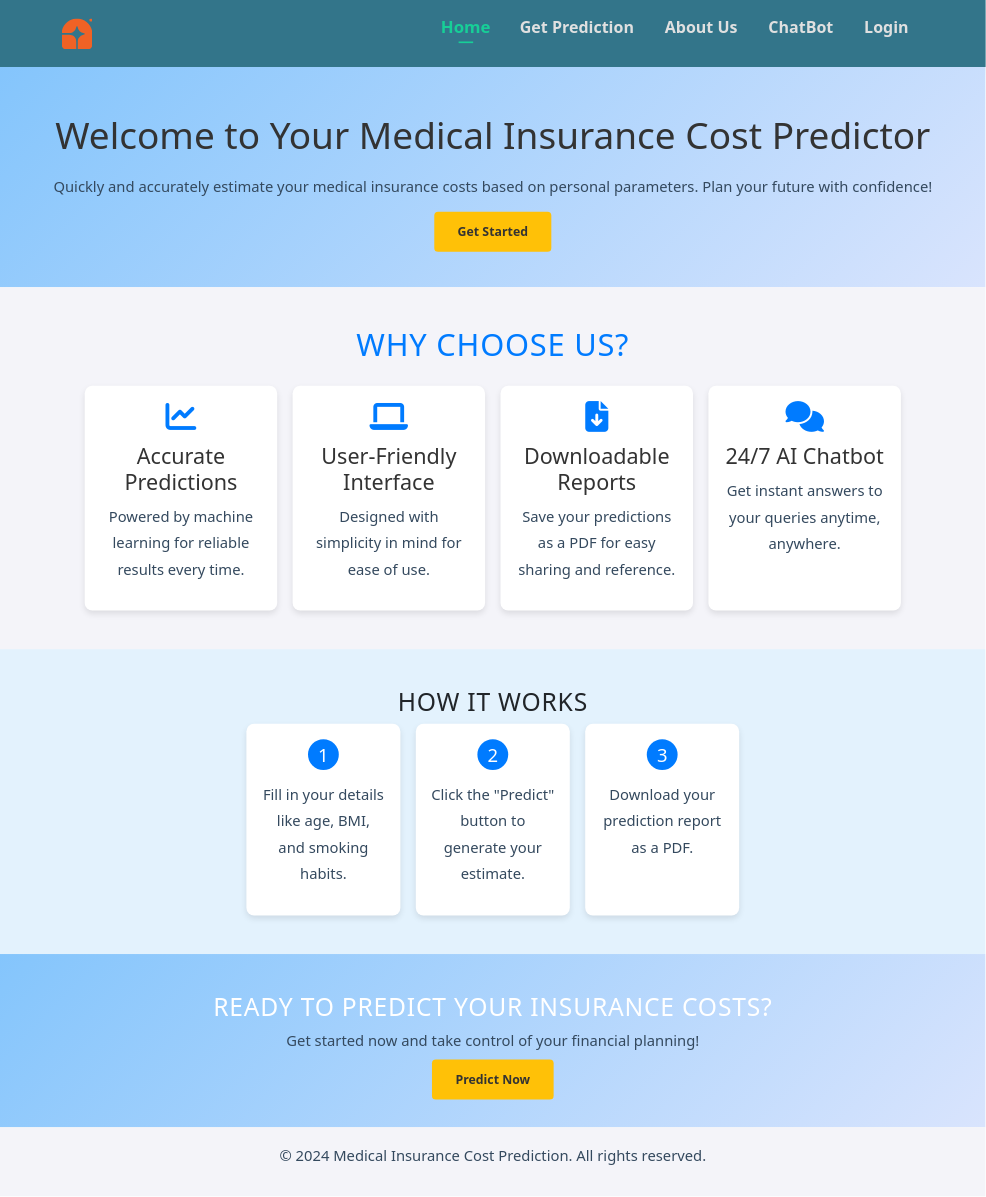
Repository: aabhashbasnet/MedicalInsuranceCostPredictionSystem
Page: / (app in frontend/)
The author's editor kept a copy of each file at every save. The page is drawn from the files as they stood at one save, then again after the next save.
The browser window is 1280 px wide. The pictures show the whole page, at 77% of full size.
The project was rebuilt for these pictures with package versions that can differ from the ones it lists, and the page was loaded fresh each time. Also part of the build but not shown: frontend/src/pages/GetPrediction.css, frontend/src/pages/GetPrediction.js, frontend/src/pages/AboutUs.js, frontend/src/pages/Login.js, frontend/src/pages/Signup.js, frontend/src/pages/DetailsPage.css, frontend/src/pages/DetailsPage.js, frontend/src/pages/ChatBot.js and 1 more.

Above is the page before, as saved 2025-01-23 15:52:55.

### frontend/public/index.html
<!DOCTYPE html>
<html lang="en">
  <head>
    <meta charset="utf-8" />
    <link rel="icon" href="%PUBLIC_URL%/favicon.ico" />
    <meta name="viewport" content="width=device-width, initial-scale=1" />
    <meta name="theme-color" content="#000000" />
    <meta
      name="description"
      content="Web site created using create-react-app"
    />
    <link rel="apple-touch-icon" href="%PUBLIC_URL%/logo192.png" />
    <!--
      manifest.json provides metadata used when your web app is installed on a
      user's mobile device or desktop. See https://developers.google.com/web/fundamentals/web-app-manifest/
    -->
    <link rel="manifest" href="%PUBLIC_URL%/manifest.json" />
    <!--
      Notice the use of %PUBLIC_URL% in the tags above.
      It will be replaced with the URL of the `public` folder during the build.
      Only files inside the `public` folder can be referenced from the HTML.

      Unlike "/favicon.ico" or "favicon.ico", "%PUBLIC_URL%/favicon.ico" will
      work correctly both with client-side routing and a non-root public URL.
      Learn how to configure a non-root public URL by running `npm run build`.
    -->
    <title>React App</title>
    <link
      rel="stylesheet"
      href="https://cdnjs.cloudflare.com/ajax/libs/font-awesome/6.7.1/css/all.min.css"
      integrity="sha512-5Hs3dF2AEPkpNAR7UiOHba+lRSJNeM2ECkwxUIxC1Q/FLycGTbNapWXB4tP889k5T5Ju8fs4b1P5z/iB4nMfSQ=="
      crossorigin="anonymous"
      referrerpolicy="no-referrer"
    />
  </head>
  <body>
    <noscript>You need to enable JavaScript to run this app.</noscript>
    <div id="root"></div>
    <!--
      This HTML file is a template.
      If you open it directly in the browser, you will see an empty page.

      You can add webfonts, meta tags, or analytics to this file.
      The build step will place the bundled scripts into the <body> tag.

      To begin the development, run `npm start` or `yarn start`.
      To create a production bundle, use `npm run build` or `yarn build`.
    -->
  </body>
</html>

### frontend/src/index.css
*{
  margin: 0;
  padding: 0;
  box-sizing: border-box;
}
body {
  font-family: -apple-system, BlinkMacSystemFont, 'Segoe UI', 'Roboto', 'Oxygen',
    'Ubuntu', 'Cantarell', 'Fira Sans', 'Droid Sans', 'Helvetica Neue',
    sans-serif;
  -webkit-font-smoothing: antialiased;
  -moz-osx-font-smoothing: grayscale;
}

code {
  font-family: source-code-pro, Menlo, Monaco, Consolas, 'Courier New',
    monospace;
}

### frontend/src/App.js
import React from "react";
import { BrowserRouter as Router, Route, Routes } from "react-router-dom";
import Navbar from "./components/Navbar";
import Home from "./pages/Home";
import GetPrediction from "./pages/GetPrediction";
import AboutUs from "./pages/AboutUs";
import Login from "./pages/Login";
import Signup from "./pages/Signup";
import DetailsPage from "./pages/DetailsPage";
import Chatbot from "./pages/ChatBot"; // Import the chatbot page
import Dashboard from "./pages/dashboard"; // Import the Dashboard component

function App() {
  return (
    <Router>
      <Navbar />
      <Routes>
        <Route path="/" element={<Home />} />
        <Route path="/get-prediction" element={<GetPrediction />} />
        <Route path="/about-us" element={<AboutUs />} />
        <Route path="/login" element={<Login />} />
        <Route path="/signup" element={<Signup />} />
        <Route path="/chat-bot" element={<Chatbot />} />
        <Route path="/details" element={<DetailsPage />} />
        <Route path="/dashboard" element={<Dashboard />} /> {/* Route for Dashboard */}
      </Routes>
    </Router>
  );
}

export default App;

### frontend/src/components/Navbar.js
import { Component } from "react";
import { NavLink } from "react-router-dom";  // Ensure NavLink is imported correctly
import logo from './logo.svg';
import './NavbarStyles.css';

class Navbar extends Component {
    state = { clicked: false };

    handleClick = () => {
        this.setState({ clicked: !this.state.clicked });
    };

    render() {
        return (
            <>
                <nav>
                    {/* Use NavLink for the logo */}
                    <NavLink to="/" exact>
                        <img src={logo} alt="Logo" />
                    </NavLink>

                    <div>
                        <ul id="navbar" className={this.state.clicked ? "#navbar active" : "#navbar"}>
                            <li>
                                <NavLink
                                    exact
                                    to="/"
                                    activeClassName="active"
                                    className="nav-link"
                                >
                                    Home
                                </NavLink>
                            </li>
                            <li>
                                <NavLink
                                    to="/get-prediction"
                                    activeClassName="active"
                                    className="nav-link"
                                >
                                    Get Prediction
                                </NavLink>
                            </li>
                            <li>
                                <NavLink
                                    to="/about-us"
                                    activeClassName="active"
                                    className="nav-link"
                                >
                                    About Us
                                </NavLink>
                            </li>
                            <li>
                                <NavLink
                                    to="/chat-bot"
                                    activeClassName="active"
                                    className="nav-link"
                                >
                                    ChatBot
                                </NavLink>
                            </li>
                            <li>
                                <NavLink
                                    to="/login"
                                    activeClassName="active"
                                    className="nav-link"
                                >
                                    Login
                                </NavLink>
                            </li>
                        </ul>
                    </div>

                    <div id="mobile" onClick={this.handleClick}>
                        <i id="bar" className={this.state.clicked ? 'fas fa-times' : 'fas fa-bars'}></i>
                    </div>
                </nav>
            </>
        );
    }
}

export default Navbar;

### frontend/src/components/NavbarStyles.css
nav {
    display: flex;
    align-items: center;
    justify-content: space-between;
    background-color: #33758a; /* Soft blackish tone */
    padding: 20px 80px;
    box-shadow: 0px 5px 15px rgba(0, 0, 0, 0.1); /* Subtle shadow */
}

#navbar {
    display: flex;
    align-items: center;
    justify-content: center;
}

#navbar li {
    list-style: none;
    padding: 0 20px;
    position: relative;
}

#navbar li a {
    text-decoration: none;
    font-size: 1.3rem;
    font-weight: 600;
    color: #e0e0e0; /* Light gray text */
    transition: color 0.3s ease-in-out, transform 0.2s ease-in-out;
}

#navbar li a:hover,
#navbar li a.active {
    color: #17cf97; /* Vibrant green */
    transform: scale(1.05); /* Slight zoom on hover */
}

#navbar li a:hover::after,
#navbar li a.active::after {
    content: "";
    width: 30%;
    height: 2px;
    background-color: #17cf97; /* Vibrant green */
    position: absolute;
    bottom: -4px;
    left: 35%; /* Centered underline */
    transition: width 0.3s ease-in-out;
}

#mobile i {
    color: #e0e0e0; /* Light gray */
}

#mobile {
    display: none;
}

/* Responsive Navigation */
@media screen and (max-width: 769px) {
    #navbar {
        display: flex;
        flex-direction: column;
        align-items: flex-start;
        justify-content: flex-start;
        position: fixed;
        top: 84px;
        right: -300px;
        width: 300px;
        height: 100vh;
        background-color: #3a3a3a; /* Darker gray */
        box-shadow: 0 40px 60px rgba(0, 0, 0, 0.1); /* Subtle shadow */
        padding: 40px 10px 0 20px;
        transition: right 0.3s ease-in-out;
    }

    #navbar.active {
        right: 0px;
    }

    #navbar li {
        margin-bottom: 25px;
    }

    #mobile i {
        font-size: 24px;
        cursor: pointer;
    }

    #mobile {
        display: block;
    }
}

### frontend/src/pages/Home.css
/* HomeStyles.css */
body {
    margin: 0;
    font-family: 'Arial', sans-serif;
    color: #333;
}

.home-container {
    width: 100%;
    margin: 0 auto;
    overflow: hidden;
}

/* Hero Section */
.hero-section {
    background: linear-gradient(135deg, #84c5fc, #d9e4fd);
    color: white;
    padding: 60px 20px;
    text-align: center;
}

.hero-section h1 {
    font-size: 3rem;
    margin-bottom: 20px;
}

.hero-section p {
    font-size: 1.2rem;
    margin-bottom: 30px;
}

.btn-primary {
    background-color: #ffc107;
    color: #333;
    padding: 15px 30px;
    border-radius: 5px;
    text-decoration: none;
    font-weight: bold;
    transition: background-color 0.3s;
}

.btn-primary:hover {
    background-color: #ff9800;
}

/* Features Section */
.features-section {
    background-color: #f4f4f9;
    padding: 50px 20px;
    text-align: center;
}

.features-section h2 {
    margin-bottom: 30px;
    font-size: 2.5rem;
    color: #007bff;
}

.features-container {
    display: flex;
    flex-wrap: wrap;
    gap: 20px;
    justify-content: center;
}

.feature-card {
    background: white;
    border-radius: 10px;
    box-shadow: 0 4px 8px rgba(0, 0, 0, 0.1);
    padding: 20px;
    width: 250px;
    text-align: center;
}

.feature-icon {
    font-size: 2.5rem;
    color: #007bff;
    margin-bottom: 15px;
}

.feature-card h3 {
    margin-bottom: 10px;
    color: #333;
}

/* Steps Section */
.steps-section {
    padding: 50px 20px;
    text-align: center;
    background: #e3f2fd;
}

.steps-container {
    display: flex;
    justify-content: center;
    gap: 20px;
}

.step {
    background: white;
    border-radius: 10px;
    box-shadow: 0 4px 8px rgba(0, 0, 0, 0.1);
    padding: 20px;
    width: 200px;
}

.step-number {
    display: inline-block;
    width: 40px;
    height: 40px;
    line-height: 40px;
    background: #007bff;
    color: white;
    font-size: 1.5rem;
    border-radius: 50%;
    margin-bottom: 15px;
}

/* Call-to-Action */
.cta-section {
    background: linear-gradient(135deg, #84c5fc, #d9e4fd); /* Light blue gradient */
    color: white;
    text-align: center;
    padding: 50px 20px;
}

.cta-section p {
    margin-bottom: 20px;
}

.cta-section .btn-primary {
    background-color: #ffc107;
    color: #333;
}

/* Footer */
.home-footer {
    text-align: center;
    padding: 20px;
    background: #f4f4f9;
    color: #666;
    font-size: 0.9rem;
}

### frontend/src/pages/AboutUs.css
.about-us-container {
    padding: 60px 20px;
    background: linear-gradient(135deg, #f9f9f9, #e4efff); /* Light gradient background */
    display: flex;
    flex-direction: column;
    align-items: center;
    box-shadow: 0 5px 15px rgba(0, 0, 0, 0.1);
    border-radius: 15px;
}

.about-header {
    text-align: center;
    margin-bottom: 50px;
}

.about-header h1 {
    font-size: 3rem;
    font-weight: bold;
    color: #2c3e50;
    text-transform: uppercase;
    letter-spacing: 2px;
    margin-bottom: 20px;
}

.about-header p {
    font-size: 1.3rem;
    color: #7f8c8d;
    line-height: 1.8;
    max-width: 800px;
    margin: 0 auto;
}

.about-content {
    width: 80%;
    max-width: 1200px;
    margin: 0 auto;
}

.about-section,
.team-section,
.contact-section {
    margin-bottom: 50px;
}

h2 {
    font-size: 2.5rem;
    color: #2980b9; /* Accent blue */
    margin-bottom: 20px;
    text-transform: uppercase;
    font-weight: 600;
    letter-spacing: 1px;
}

p {
    font-size: 1.2rem;
    color: #34495e;
    line-height: 1.8;
    margin-bottom: 30px;
}

.team-members {
    display: flex;
    justify-content: space-between;
    gap: 30px;
    flex-wrap: wrap;
}

.team-member {
    width: 30%;
    text-align: center;
    padding: 30px;
    background: #ffffff;
    border-radius: 15px;
    box-shadow: 0 10px 20px rgba(0, 0, 0, 0.1);
    transition: transform 0.3s ease, box-shadow 0.3s ease;
}

.team-member:hover {
    transform: translateY(-10px);
    box-shadow: 0 20px 30px rgba(0, 0, 0, 0.15);
}

.team-member img {
    width: 180px;
    height: 180px;
    border-radius: 50%;
    object-fit: cover;
    margin-bottom: 20px;
    border: 5px solid #2980b9; /* Accent border */
    transition: transform 0.3s ease;
}

.team-member img:hover {
    transform: scale(1.1);
}

.team-member h3 {
    font-size: 1.5rem;
    color: #2c3e50;
    font-weight: 600;
    margin-bottom: 10px;
}

.team-member p {
    font-size: 1.1rem;
    color: #7f8c8d;
}

.contact-section {
    background-color: #f1f1f1;
    padding: 40px;
    border-radius: 15px;
    box-shadow: 0 5px 10px rgba(0, 0, 0, 0.1);
}

.contact-section h3 {
    font-size: 2rem;
    color: #2980b9;
    margin-bottom: 20px;
}

.contact-section ul {
    list-style-type: none;
    padding: 0;
}

.contact-section li {
    font-size: 1.2rem;
    color: #34495e;
    margin-bottom: 15px;
}

@media (max-width: 768px) {
    .team-member {
        width: 100%;
        margin-bottom: 20px;
    }

    .about-header h1 {
        font-size: 2.5rem;
    }

    .about-content {
        width: 100%;
        padding: 0 20px;
    }

    .contact-section {
        padding: 30px;
    }
}

### frontend/src/pages/ChatBot.css
.chatbot-container {
    max-width: 600px;
    margin: 20px auto;
    padding: 20px;
    border: 2px solid #ccc;
    border-radius: 10px;
    background-color: #f9f9f9;
    box-shadow: 0 4px 8px rgba(0, 0, 0, 0.1);
    font-family: Arial, sans-serif;
}

h1 {
    text-align: center;
    color: #333;
}

.chatbox {
    display: flex;
    flex-direction: column;
    align-items: center;
}

.chat-input {
    width: 100%;
    height: 100px;
    margin-bottom: 10px;
    padding: 10px;
    border: 1px solid #ccc;
    border-radius: 5px;
    font-size: 16px;
    resize: none;
}

.send-button {
    padding: 10px 20px;
    background-color: #007bff;
    color: white;
    border: none;
    border-radius: 5px;
    font-size: 16px;
    cursor: pointer;
    transition: background-color 0.3s ease;
}

.send-button:hover {
    background-color: #0056b3;
}

.response-container {
    margin-top: 20px;
    padding: 10px;
    border: 1px solid #ccc;
    border-radius: 5px;
    background-color: #fff;
}

.error-text {
    color: red;
    font-weight: bold;
}

.chat-response {
    font-size: 16px;
    color: #333;
}

Loaded but not shown: frontend/src/index.js (common file); frontend/src/reportWebVitals.js (common file); frontend/src/pages/Home.js (84 lines, source omitted)

After the next save:
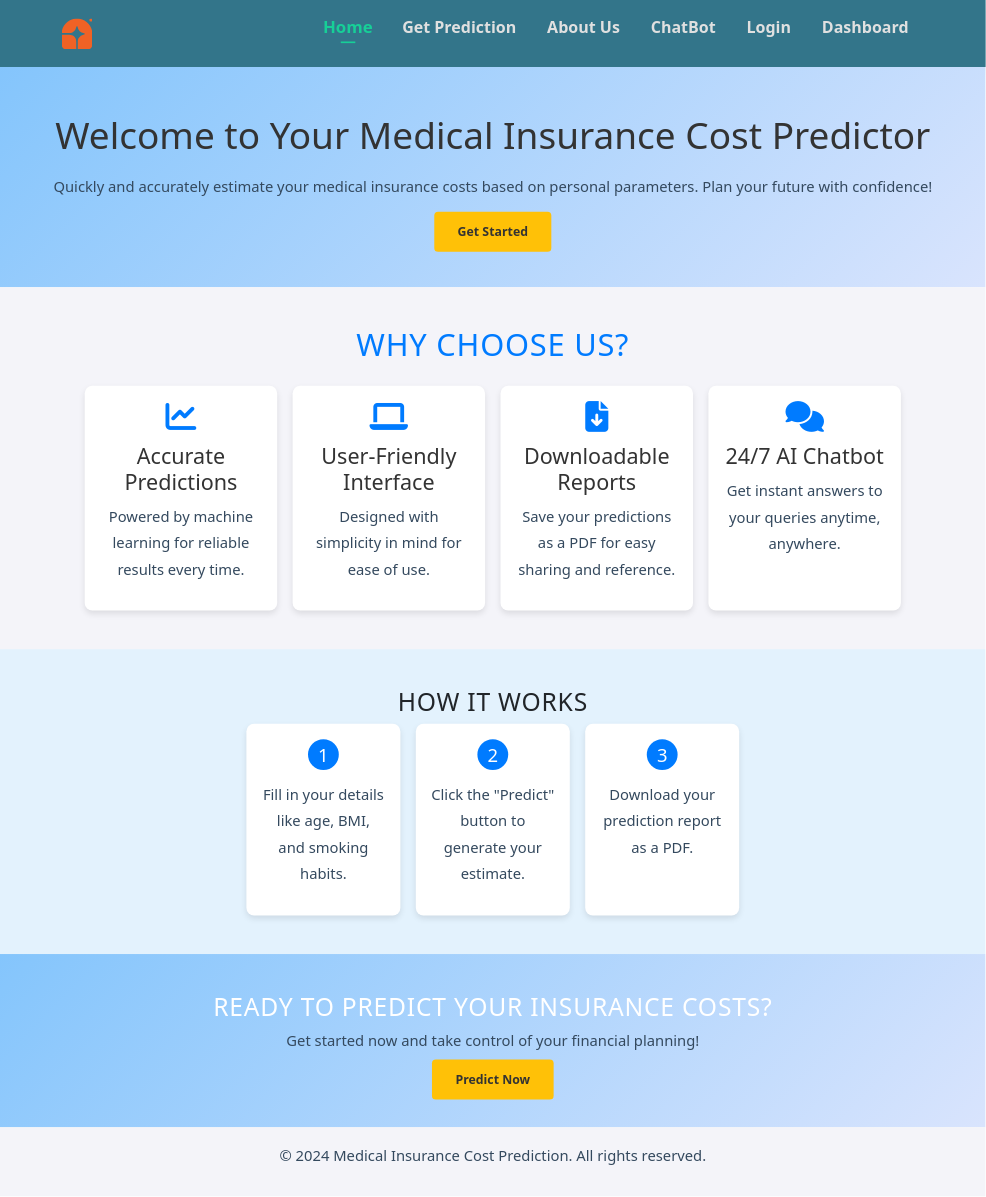
Saved 99 s later.
--- a/frontend/src/components/Navbar.js
+++ b/frontend/src/components/Navbar.js
@@ -67,6 +67,16 @@
                                     Login
                                 </NavLink>
                             </li>
+                            {/* Add Dashboard Link */}
+                            <li>
+                                <NavLink
+                                    to="/dashboard"
+                                    activeClassName="active"
+                                    className="nav-link"
+                                >
+                                    Dashboard
+                                </NavLink>
+                            </li>
                         </ul>
                     </div>
 

After the save that followed:
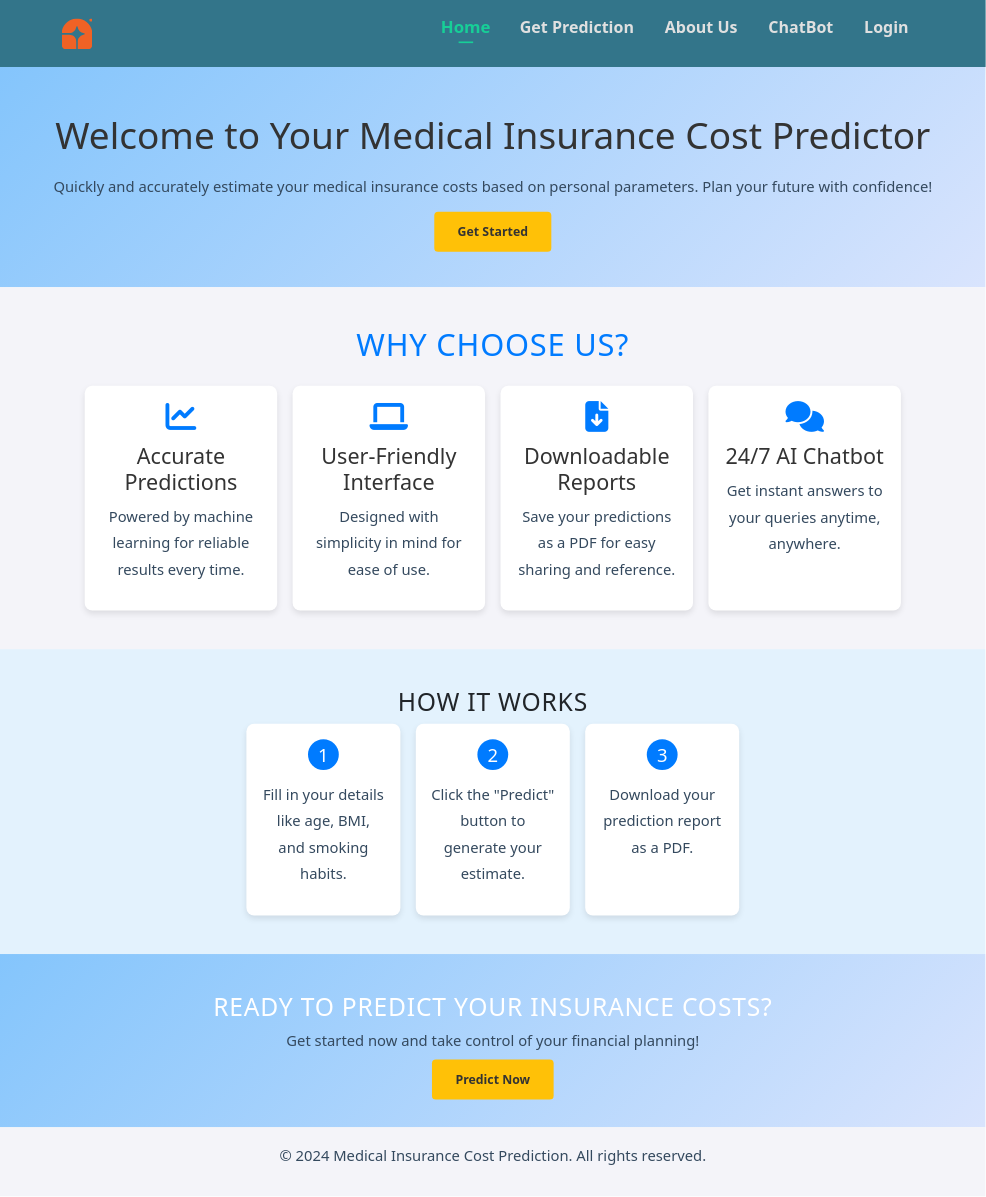
Saved 79 s later.
--- a/frontend/src/components/Navbar.js
+++ b/frontend/src/components/Navbar.js
@@ -67,16 +67,6 @@
                                     Login
                                 </NavLink>
                             </li>
-                            {/* Add Dashboard Link */}
-                            <li>
-                                <NavLink
-                                    to="/dashboard"
-                                    activeClassName="active"
-                                    className="nav-link"
-                                >
-                                    Dashboard
-                                </NavLink>
-                            </li>
                         </ul>
                     </div>
 
